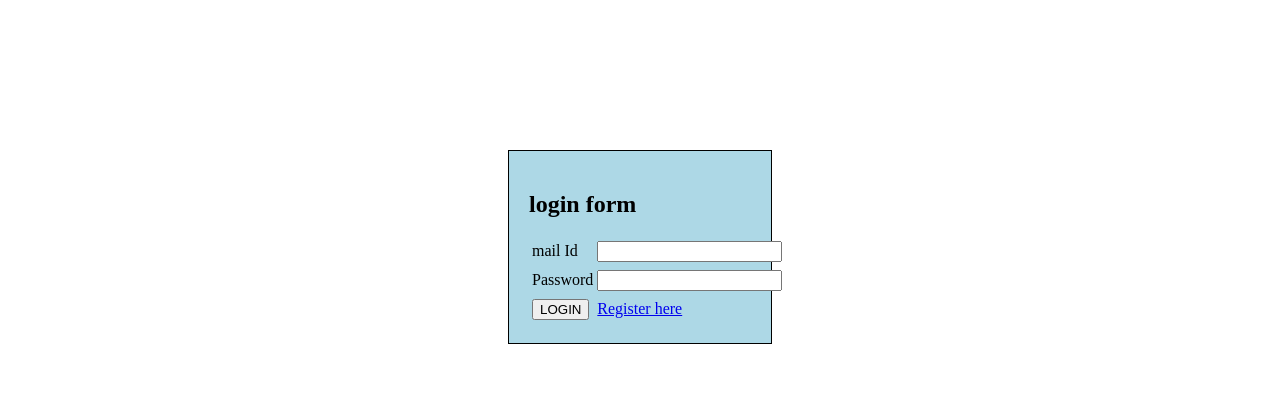
Repository: zeeshan495/Banking_project
Page: http://localhost/Banking/loginUrl
The author's editor kept a copy of each file at every save. The page is drawn from the files as they stood at one save, then again after the next save.
The browser window is 1280 px wide. The pictures show the whole page.
The page is served by Tomcat 9.

Above is the page before, as saved 2018-11-09 06:01:01.

After the next save:
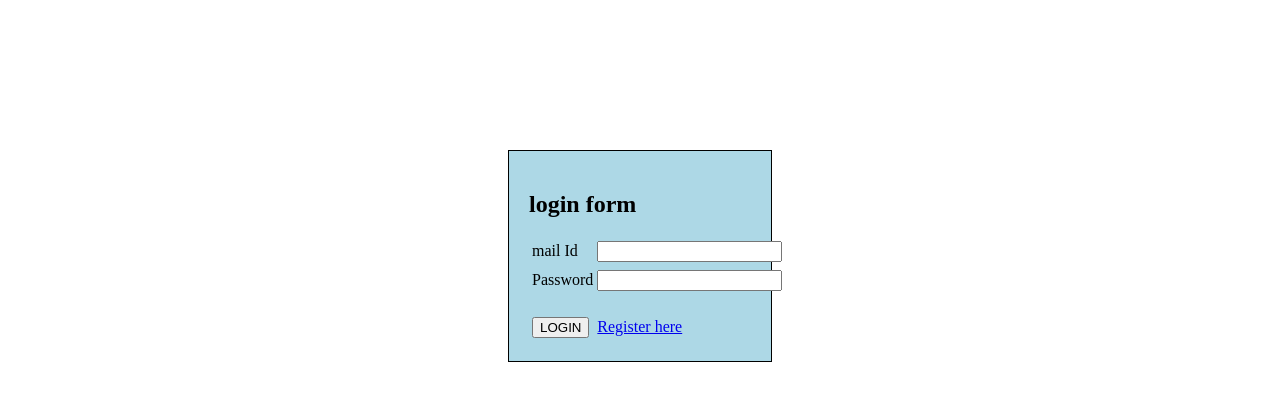
Saved 28 s later.
--- a/Banking/WebContent/LoginForm.jsp
+++ b/Banking/WebContent/LoginForm.jsp
@@ -24,7 +24,7 @@
 					<td><input type="password" name="pwd" id="pwd"></td>
 				</tr>
 				<tr>
-				<td colspan="2"></td>
+				<td colspan="2"><br></td>
 				</tr>
 				<tr id="submit">
 					<td><input type="submit" value="LOGIN"></td>
